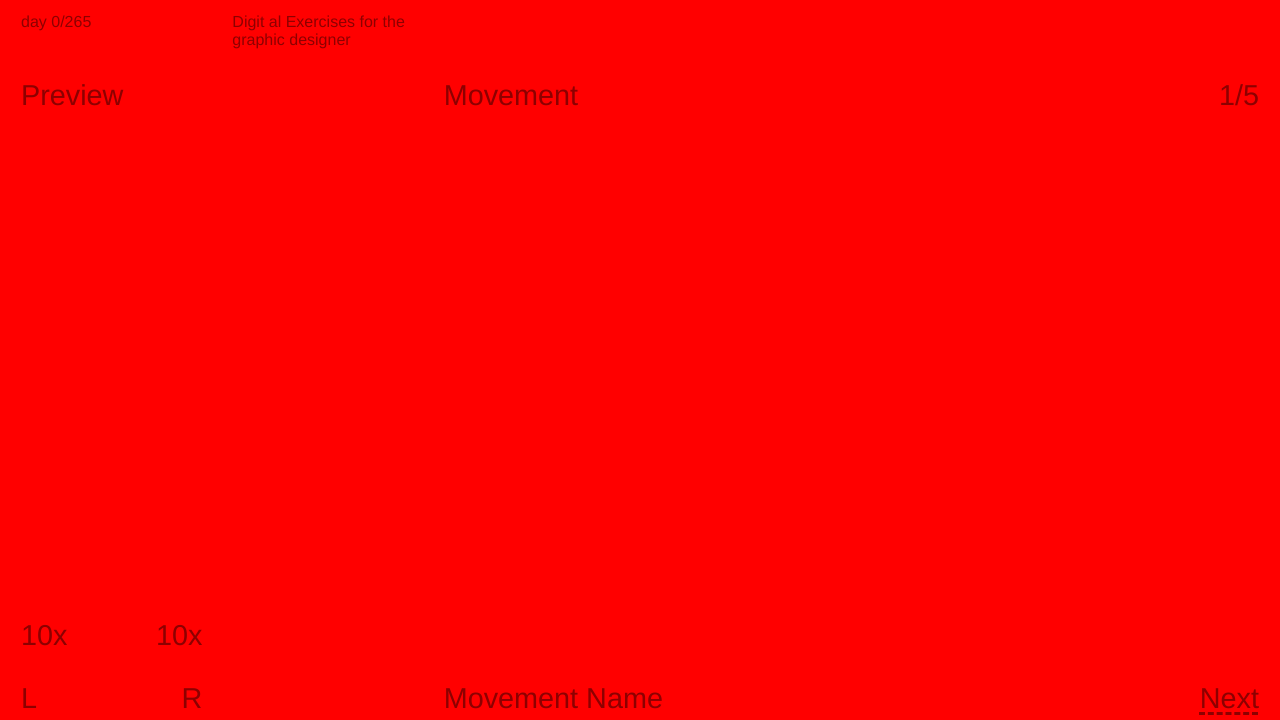
Repository: NoIdeasStudio/holiday-card-2024
Page: digit-al-exercises.html
An editor plug-in stored every save of this project. The page is shown before and after a run of saves, followed by the edit.
The browser window is 1280 px wide. The pictures show the whole page.

Above is the page before, as saved 2024-12-04 13:07:19.

After the next 3 saves:
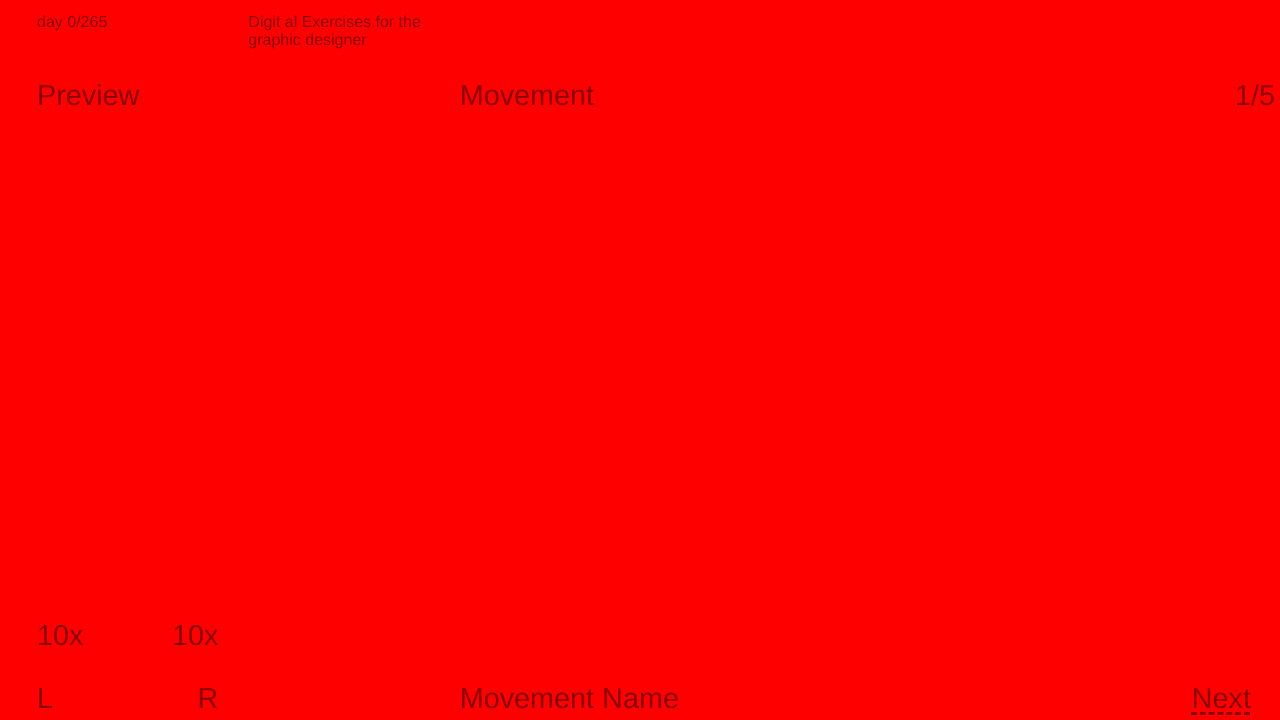
The 3 saves are shown as one change because they came seconds apart.
The last was saved 35 s later.
--- a/style.css
+++ b/style.css
@@ -2,6 +2,9 @@
     box-sizing: border-box;
     background-color: #FF0000;
     color: #8D0000;
+    padding-left: .5rem;
+    padding-right: 1.5rem;
+    padding-bottom: .5rem;
   }
 
   .wrapper {
@@ -13,9 +16,7 @@
     grid-template-columns: repeat(6, [col-start] 4fr);
     grid-template-rows: repeat(12, [row-start] 4fr);
     gap: 20px;
-    padding-left: .5rem;
-    padding-right: 1.5rem;
-    padding-bottom: .5rem;
+
   }
 
   .wrapper > * {
